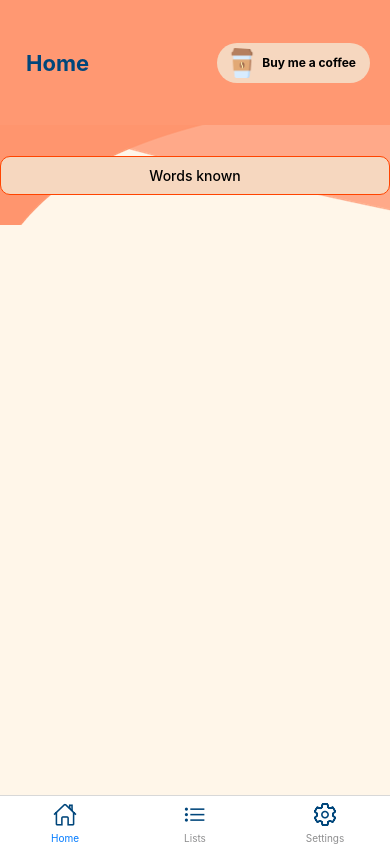
Repository: David-Waite/SpellingApp
Screen: /
These files come from the project's save history. The screen is drawn as it stood at one moment and after the next save; the edit follows.
The app was drawn by React Native's web renderer in a window 390 px wide. The project was rebuilt for these pictures with package versions that can differ from the ones it lists, and the page was loaded fresh each time. Also part of the build but not shown: screens/Settings.js, screens/SpellWord.js, screens/WordsLearnt.js, screens/WordListOverview.js, screens/WordLists.js, screens/Donate.js.

Above is the screen before, as saved 2023-06-22 22:03:05.

After the next save:
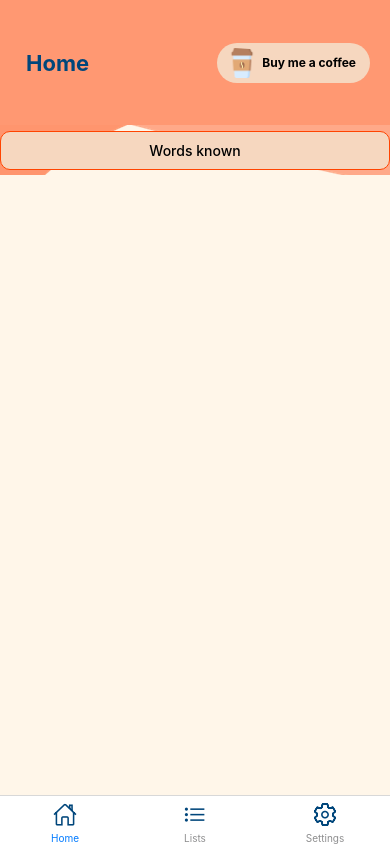
Saved 4 s later.
--- a/screens/Home.js
+++ b/screens/Home.js
@@ -26,7 +26,7 @@ const styles = StyleSheet.create({
   },
   ImageBackground: {
     resizeMode: "fit",
-    height: 100,
+    height: 50,
     justifyContent: "center",
   },
 });
